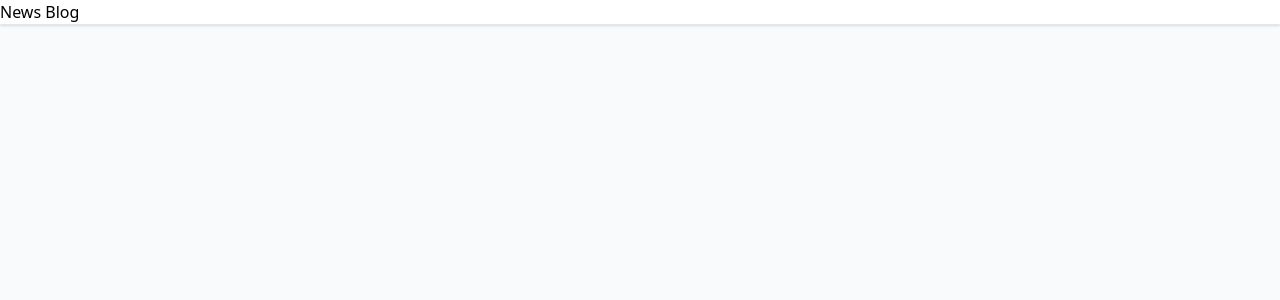
Repository: estevam02009/news-blog
Page: /
An editor plug-in stored every save of this project. The page is shown before and after the next save, followed by the edit.
The browser window is 1280 px wide. The pictures show the whole page.
The project was rebuilt for these pictures with package versions that can differ from the ones it lists, and the page was loaded fresh each time. Also part of the build but not shown: vite.config.ts.

Above is the page before, as saved 2025-08-08 16:51:13.

### index.html
<!doctype html>
<html lang="pt-BR">
  <head>
    <meta charset="UTF-8" />
    <link rel="icon" type="image/svg+xml" href="/vite.svg" />
    <meta name="viewport" content="width=device-width, initial-scale=1.0" />
    <title>News Blog</title>
  </head>
  <body>
    <div id="root"></div>
    <script type="module" src="/src/main.tsx"></script>
  </body>
</html>

### src/App.tsx
import Header from "./components/Header"

function App() {

  return (
    <div className="min-h-screen bg-gray-50">
      <Header />
    </div>
  )
}

export default App

### src/components/Header.tsx
import React from 'react'
// import { Search, Menu, Bell, User } from 'lucide-react'

const Header: React.FC = () => {
    return (
        <header className='bg-white shadow-sm border-b border-gray-200 sticky top-0 z-50'>
            <div>
                <div>
                    {/* LOGO */}
                    <div>
                        <h1>News Blog</h1>
                    </div>
                </div>
            </div>
        </header>
    )
}

export default Header

Loaded but not shown: src/main.tsx (common file); src/index.css (common file)

After the next save:
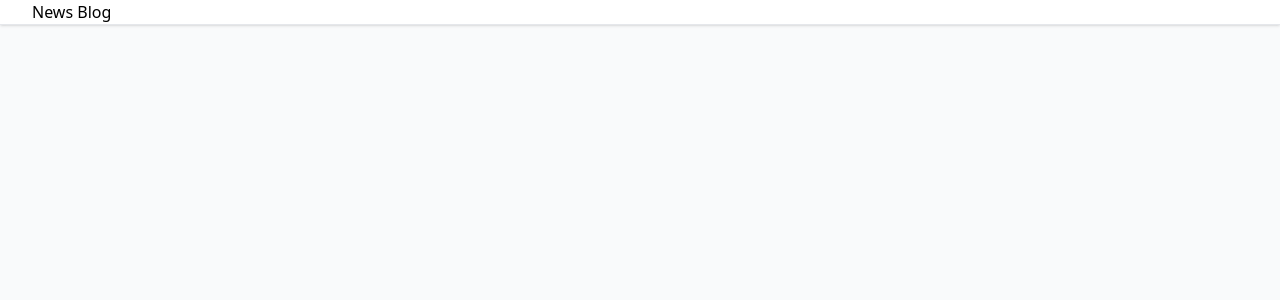
Saved 43 s later.
--- a/src/components/Header.tsx
+++ b/src/components/Header.tsx
@@ -4,7 +4,7 @@ import React from 'react'
 const Header: React.FC = () => {
     return (
         <header className='bg-white shadow-sm border-b border-gray-200 sticky top-0 z-50'>
-            <div>
+            <div className='max-w-7xl mx-auto px-4 sm:px-6 lg:px-8'>
                 <div>
                     {/* LOGO */}
                     <div>
